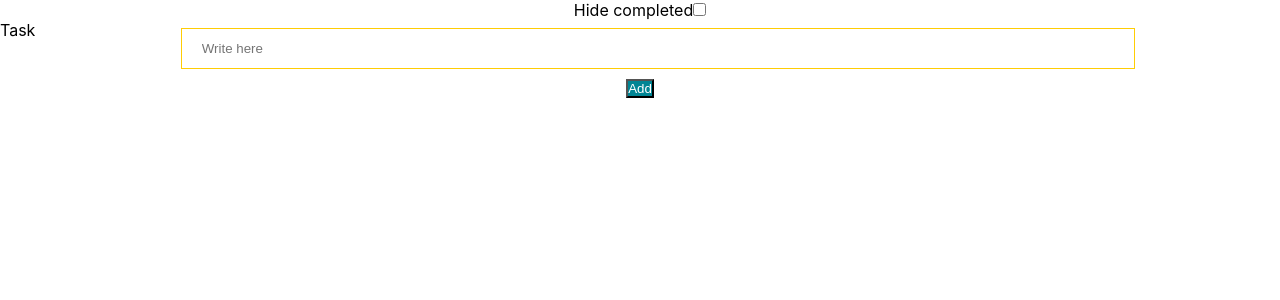
Repository: ArusyakAghajanyan/ToDoMamble
Page: /
The author's editor kept a copy of each file at every save. The page is drawn from the files as they stood at one save, then again after the next save.
The browser window is 1280 px wide. The pictures show the whole page.
The project was rebuilt for these pictures with package versions that can differ from the ones it lists, and the page was loaded fresh each time. Also part of the build but not shown: src/components/ToDoItem.jsx, src/components/confirm.css, src/components/Confirm.jsx.

Above is the page before, as saved 2022-05-23 00:19:30.

### src/App.js

import './App.css';
import AddItem from './components/AddItem';
import ToDoList from './components/ToDoList';
import Confirm from './components/Confirm';
import {useState,useEffect} from 'react'


function App() {
  const [todo, setTodo]=useState([]);
  const [filteredTodo,setFilteredTodo]=useState([]);
  const [modal, setModal] = useState(false);
const [confirmStatus, setConfirmStatus] = useState(false);
  const [deleteItem, setDeletItem] = useState({});

  function modalStatus(status, item){
    console.log(status, item);
    setModal(status);
    setDeletItem(item);

  }
  function confirmDelete(status){
    console.log("deletestatus=", status);
    if(status === "no") {
      setConfirmStatus(false);
      setModal(false);
    }else if (status === "yes"){
      setConfirmStatus(true);
      setModal(false)
    }
  }
  function filter(check){
    if(check){
      setFilteredTodo(todo.filter(td => td.isCompleted))
    }else{
      setFilteredTodo([]);
    }
  }

  useEffect(()=>{
    console.log("confirmStatus=", confirmStatus);
    if(confirmStatus){
      setTodo(todo.filter(value => value.id !== deleteItem.id));
      setDeletItem({});
    }
    setConfirmStatus(false);
      console.log(modal);

  },[confirmStatus])

useEffect(() => {
  let todos;
  let storageData = localStorage.getItem("todos");
  if(storageData !== "undefined"){
    todos = JSON.parse(storageData);
  }
  if(todos) setTodo(todos);
}, [])

useEffect(() => {
 if(todo.length > 0) localStorage.setItem("todos",JSON.stringify(todo))

}, [todo])

  return (
    <div className="App">
      <label htmlFor="filter">
      Hide completed
      <input id="filter" type="checkbox" onChange={(e)=>{
      filter(e.target.checked)
      }} />
      </label>
      <AddItem onAdd={(text)=>{
        setTodo([{
          id:Math.random(),
          text:text,
          isCompleted:false
        },...todo])
      }}/>
      <ToDoList
      todo={filteredTodo.length > 0 ? todo.filter(td => !td.isCompleted):todo}
      modalStatus={modalStatus}
      onChange={(newItem)=>{
      setTodo(todo.map(td=>{
        if(td.id==newItem.id){
          return newItem
        }
        return td
      }))
      }}
      />
       { modal && <Confirm confirmDelete={confirmDelete} modalStatus={modalStatus}/>}
    </div>
  );
}

export default App;

### src/components/AddItem.jsx
import {React, useState, useEffect, useRef} from 'react'
import './addItem.css'

export default function AddItem({onAdd}) {
    const [text, setText] = useState("");
    const[errorMes,setErrorMes] = useState("");
    const inputText = useRef(0);
    let validText = "";
    useEffect(() => {
        inputText.current.addEventListener("keyup",(e)=>{
            let id=setTimeout(()=>{
            validText = e.target.value;
            if(validText.length >= 54 ){
             setErrorMes("Task content can contain max 54 characters.")
            } else {
                setErrorMes("");
                setText(validText);
            }
            },1000);
            return () => clearTimeout(id)
        })
    }, [text])

    return (

      <form onSubmit={(e)=>{
          e.preventDefault();
          if(errorMes==="" && text !=="") onAdd(text);
          if(errorMes==="") setText("");
      }}>
          <p>
            <label className="taskLabel" htmlFor="inputText"> Task
            </label>

            <input id="inputText" type="text" ref= {inputText} value={text} placeholder="Write here"
            onChange={(e)=>{
            setText(e.target.value)
            }}/>
            <p>{errorMes}</p>
            </p>
            <button className="addbut">Add</button>
         </form>

    )
}

### src/components/ToDoList.jsx
import React from 'react';
import ToDoItem from './ToDoItem'

export default function ToDoList({todo,modalStatus,onChange}) {
    return (
        <div>
           {todo ? todo.map(item=>{
               return (
<ToDoItem
key={item.id}
item = {item}
modalStatus={modalStatus}
onChange={onChange}
/>

               )
           }):
            <>
            <p>your life is a blank page. You write on it.</p>
            <p>So start by adding your tasks here.</p>
            </>
        }
        </div>
    )
}

### src/components/addItem.css
*{
    margin: 0;
    padding: 0;
    box-sizing: border-box;
}
.addbut{
    background-color: #008594;
    color: #FFFFFF;
}
#inputText{
    position: center;
    width: 954px;
    padding: 12px 20px;
    margin: 8px 0;
    border: 1px solid #FFCD04;

}
#inputText:hover{
    border: 1px solid rgb(90, 10, 90)
}
.taskLabel{

    float: left;

}

### src/components/toDoItem.css
*{
   margin: 0;
   padding: 0;
   box-sizing: border-box;
}

Loaded but not shown: public/index.html (common file); src/index.js (common file); src/index.css (common file); src/reportWebVitals.js (common file); src/App.css (common file)

After the next save:
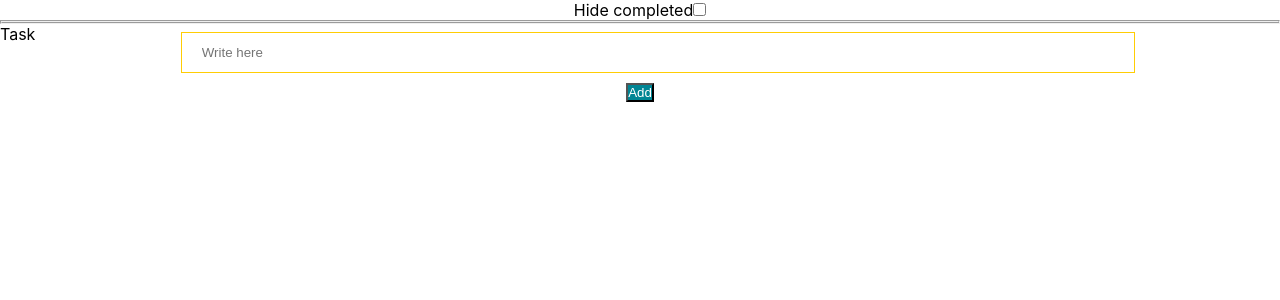
Saved 42 s later.
--- a/src/components/AddItem.jsx
+++ b/src/components/AddItem.jsx
@@ -28,6 +28,7 @@ export default function AddItem({onAdd}) {
           if(errorMes==="" && text !=="") onAdd(text);
           if(errorMes==="") setText("");
       }}>
+            <fieldset></fieldset>
           <p>
             <label className="taskLabel" htmlFor="inputText"> Task
             </label>
